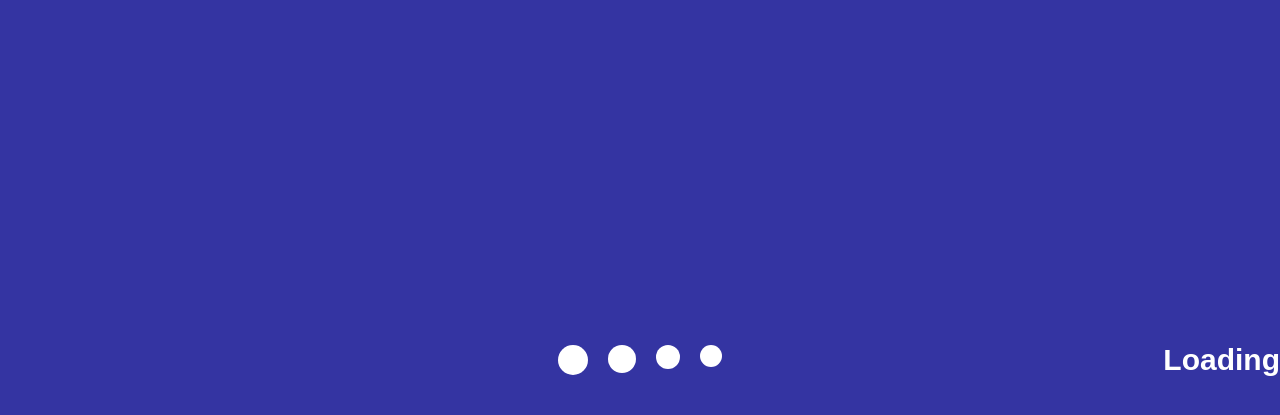
Repository: DevMike1993/100_Projects_HTML_CSS_JAVASCRIPT
Page: 02_Creative_Loading_Animation/index.html
These files come from the project's save history. The page is drawn as it stood at one moment and after the next save; the edit follows.
The browser window is 1280 px wide. The pictures show the whole page.

Above is the page before, as saved 2023-11-26 17:31:57.

After the next save:
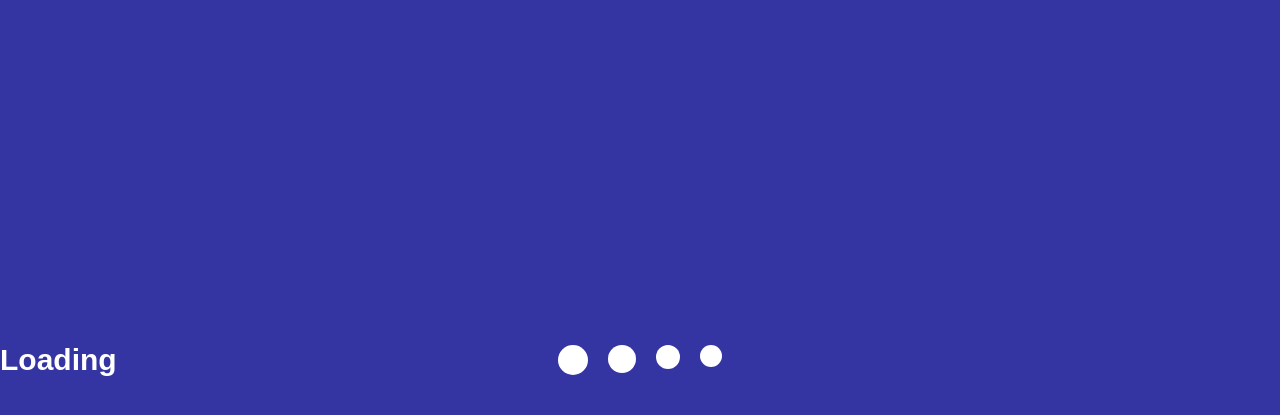
Saved 5 s later.
--- a/02_Creative_Loading_Animation/style.css
+++ b/02_Creative_Loading_Animation/style.css
@@ -19,7 +19,7 @@ body{
 .content{
     text-align: center;
     position: absolute;
-    right: 0;
+    left: 0;
     bottom: 50;
 }
 
